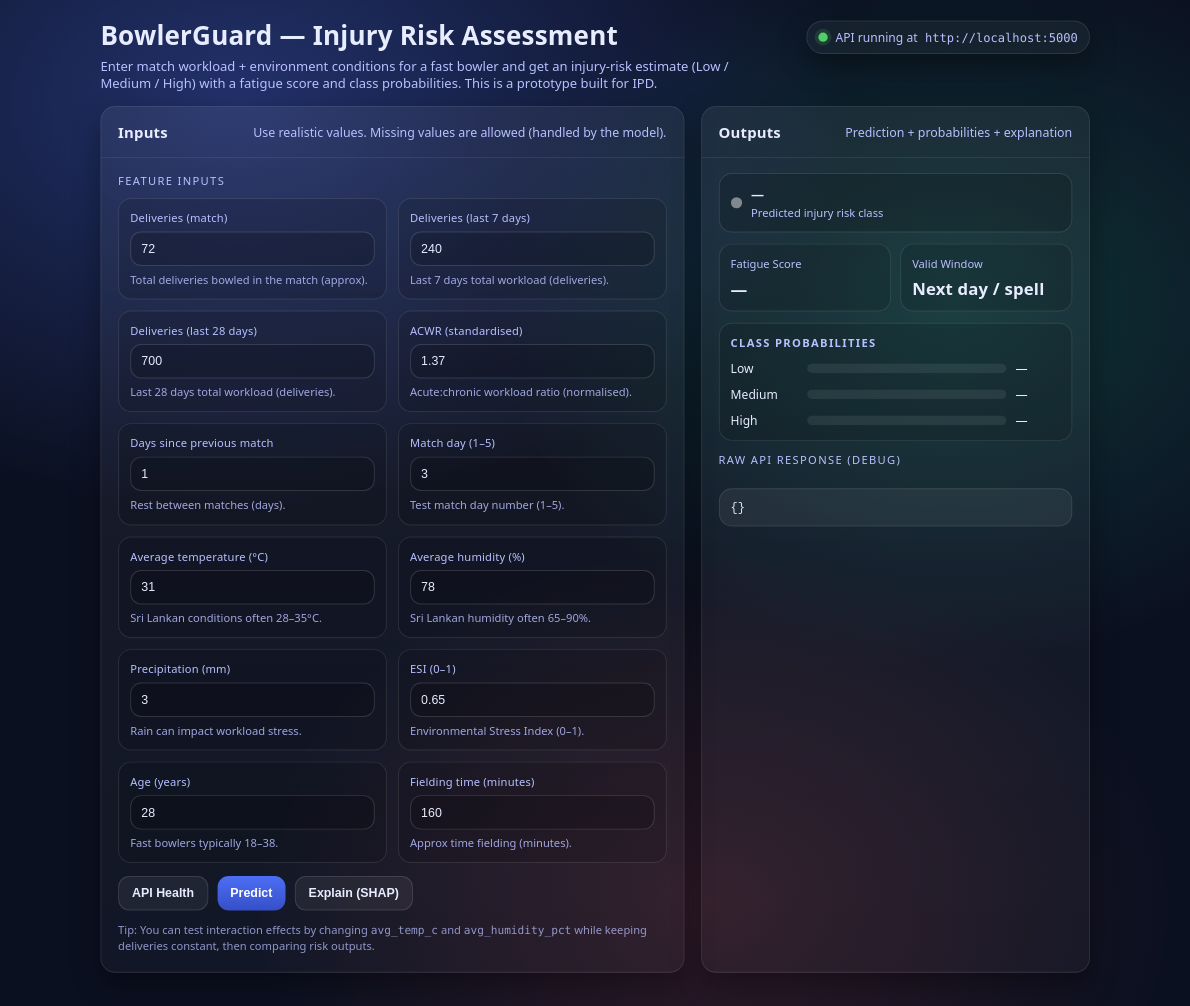
Repository: KulinduDev/bowlerguard_final
Page: bowlerguard/frontend/index.html
The author's editor kept a copy of each file at every save. The page is drawn from the files as they stood at one save, then again after the next save.
The browser window is 1280 px wide. The pictures show the whole page, at 93% of full size.

Above is the page before, as saved 2026-02-22 20:49:25.

### bowlerguard/frontend/index.html
<!doctype html>
<html>
<head>
  <meta charset="utf-8"/>
  <meta name="viewport" content="width=device-width, initial-scale=1"/>
  <title>BowlerGuard</title>

  <style>
    :root{
      --bg:#0b1020;
      --card:#111a33;
      --card2:#0f1730;
      --text:#e8ecff;
      --muted:#b8c0ff;
      --line:rgba(255,255,255,.10);
      --shadow: 0 12px 30px rgba(0,0,0,.35);
      --radius:16px;

      --low:#20c997;
      --med:#f59f00;
      --high:#fa5252;
      --btn:#4c6ef5;
      --btn2:#364fc7;
    }

    *{ box-sizing:border-box; }
    body{
      margin:0;
      font-family: ui-sans-serif, system-ui, -apple-system, Segoe UI, Roboto, Helvetica, Arial;
      background: radial-gradient(1200px 800px at 20% 10%, rgba(76,110,245,.35), transparent 55%),
                  radial-gradient(900px 700px at 80% 30%, rgba(32,201,151,.20), transparent 55%),
                  radial-gradient(900px 700px at 60% 90%, rgba(250,82,82,.15), transparent 55%),
                  var(--bg);
      color:var(--text);
      min-height:100vh;
    }

    .wrap{
      max-width:1100px;
      margin:0 auto;
      padding:22px 18px 36px;
    }

    .header{
      display:flex;
      align-items:flex-start;
      justify-content:space-between;
      gap:16px;
      margin-bottom:14px;
    }

    .brand h1{
      margin:0;
      font-size:28px;
      line-height:1.1;
      letter-spacing:.2px;
    }
    .brand p{
      margin:8px 0 0;
      color:var(--muted);
      font-size:14px;
      line-height:1.4;
      max-width: 720px;
    }

    .pill{
      display:inline-flex;
      align-items:center;
      gap:8px;
      padding:8px 12px;
      border:1px solid var(--line);
      border-radius:999px;
      background:rgba(255,255,255,.04);
      box-shadow: var(--shadow);
      font-size:13px;
      color:var(--muted);
      white-space:nowrap;
    }
    .dot{
      width:10px;height:10px;border-radius:50%;
      background: #51cf66;
      box-shadow: 0 0 0 4px rgba(81,207,102,.15);
    }

    .grid{
      display:grid;
      grid-template-columns: 1.2fr .8fr;
      gap:18px;
      margin-top:14px;
    }
    @media (max-width: 980px){
      .grid{ grid-template-columns:1fr; }
      .pill{ display:none; }
    }

    .card{
      background: linear-gradient(180deg, rgba(255,255,255,.06), rgba(255,255,255,.03));
      border:1px solid var(--line);
      border-radius: var(--radius);
      box-shadow: var(--shadow);
      overflow:hidden;
    }
    .card-h{
      padding:16px 18px;
      border-bottom:1px solid var(--line);
      display:flex;
      align-items:center;
      justify-content:space-between;
      gap:12px;
    }
    .card-h h2{
      margin:0;
      font-size:16px;
      letter-spacing:.2px;
    }
    .card-h small{ color:var(--muted); }

    .card-b{ padding:16px 18px 18px; }

    .section-title{
      margin:0 0 10px;
      font-size:12px;
      color:var(--muted);
      text-transform:uppercase;
      letter-spacing:.12em;
    }

    /* Form layout */
    #form{
      display:grid;
      grid-template-columns: repeat(2, minmax(0, 1fr));
      gap:12px;
    }
    @media (max-width: 720px){
      #form{ grid-template-columns:1fr; }
    }

    .row{
      padding:12px;
      border-radius:14px;
      border:1px solid rgba(255,255,255,.10);
      background: rgba(0,0,0,.12);
    }

    label{
      display:block;
      width:auto;
      font-size:12px;
      color:var(--muted);
      margin:0 0 6px;
      letter-spacing:.2px;
    }

    input{
      width:100%;
      padding:10px 11px;
      border-radius:12px;
      border:1px solid rgba(255,255,255,.14);
      background: rgba(0,0,0,.15);
      color:var(--text);
      outline:none;
    }
    input:focus{
      border-color: rgba(76,110,245,.75);
      box-shadow: 0 0 0 4px rgba(76,110,245,.18);
    }

    .hint{
      margin-top:7px;
      font-size:12px;
      color:rgba(184,192,255,.85);
      line-height:1.35;
    }

    .actions{
      display:flex;
      gap:10px;
      flex-wrap:wrap;
      margin-top:14px;
    }

    button{
      border:0;
      border-radius:12px;
      padding:10px 14px;
      font-weight:700;
      cursor:pointer;
      transition:.15s ease;
    }
    .btn-primary{
      background: linear-gradient(180deg, var(--btn), var(--btn2));
      color:white;
    }
    .btn-primary:hover{ transform: translateY(-1px); filter:brightness(1.05); }
    .btn-ghost{
      background: rgba(255,255,255,.06);
      color:var(--text);
      border:1px solid rgba(255,255,255,.12);
    }
    .btn-ghost:hover{ filter:brightness(1.08); }

    /* Results */
    .results{
      display:flex;
      flex-direction:column;
      gap:12px;
    }
    .risk-badge{
      display:flex;
      align-items:center;
      gap:10px;
      padding:12px;
      border-radius:14px;
      border:1px solid rgba(255,255,255,.12);
      background: rgba(0,0,0,.16);
    }
    .badge-dot{
      width:12px;height:12px;border-radius:50%;
      background: rgba(255,255,255,.45);
    }
    .risk-badge.low  .badge-dot{ background: var(--low);  box-shadow:0 0 0 5px rgba(32,201,151,.16); }
    .risk-badge.med  .badge-dot{ background: var(--med);  box-shadow:0 0 0 5px rgba(245,159,0,.16); }
    .risk-badge.high .badge-dot{ background: var(--high); box-shadow:0 0 0 5px rgba(250,82,82,.16); }

    .risk-title{ font-size:14px; font-weight:800; margin:0; }
    .risk-sub{ font-size:12px; color:var(--muted); margin:2px 0 0; }

    .kpi{
      display:grid;
      grid-template-columns: 1fr 1fr;
      gap:10px;
    }
    .kpi .box{
      padding:12px;
      border-radius:14px;
      border:1px solid rgba(255,255,255,.10);
      background: rgba(0,0,0,.12);
    }
    .kpi .k{ font-size:12px; color:var(--muted); margin-bottom:6px; }
    .kpi .v{ font-size:18px; font-weight:900; letter-spacing:.2px; }

    .prob{
      border:1px solid rgba(255,255,255,.10);
      background: rgba(0,0,0,.12);
      border-radius:14px;
      padding:12px;
    }
    .prob h3{
      margin:0 0 10px;
      font-size:12px;
      color:var(--muted);
      text-transform:uppercase;
      letter-spacing:.12em;
    }
    .bar{
      display:grid;
      grid-template-columns: 72px 1fr 48px;
      gap:10px;
      align-items:center;
      margin-bottom:10px;
      font-size:13px;
    }
    .bar:last-child{ margin-bottom:0; }
    .track{
      height:10px;
      border-radius:999px;
      background: rgba(255,255,255,.08);
      overflow:hidden;
    }
    .fill{
      height:100%;
      border-radius:999px;
      width:0%;
      background: var(--btn);
    }
    .mono{
      font-family: ui-monospace, SFMono-Regular, Menlo, Monaco, Consolas, "Liberation Mono", "Courier New", monospace;
    }

    pre{
      margin:0;
      background: rgba(255,255,255,.06);
      border:1px solid rgba(255,255,255,.10);
      padding:12px;
      border-radius:14px;
      overflow:auto;
      color: rgba(232,236,255,.95);
    }

    .note{
      color:rgba(184,192,255,.75);
      font-size:12px;
      line-height:1.5;
      margin-top:12px;
    }
  </style>
</head>

<body>
  <div class="wrap">

    <div class="header">
      <div class="brand">
        <h1>BowlerGuard — Injury Risk Assessment</h1>
        <p>
          Enter match workload + environment conditions for a fast bowler and get an injury-risk estimate
          (Low / Medium / High) with a fatigue score and class probabilities. This is a prototype built for IPD.
        </p>
      </div>

      <div class="pill">
        <span class="dot"></span>
        API running at <span class="mono">http://localhost:5000</span>
      </div>
    </div>

    <div class="grid">

      <!-- INPUTS -->
      <div class="card">
        <div class="card-h">
          <h2>Inputs</h2>
          <small>Use realistic values. Missing values are allowed (handled by the model).</small>
        </div>
        <div class="card-b">
          <p class="section-title">Feature Inputs</p>
          <div id="form"></div>

          <div class="actions">
            <button class="btn-ghost" onclick="health()">API Health</button>
            <button class="btn-primary" onclick="predict()">Predict</button>
            <button class="btn-ghost" onclick="explain()">Explain (SHAP)</button>
          </div>

          <div class="note">
            Tip: You can test interaction effects by changing <span class="mono">avg_temp_c</span> and
            <span class="mono">avg_humidity_pct</span> while keeping deliveries constant, then comparing risk outputs.
          </div>
        </div>
      </div>

      <!-- OUTPUTS -->
      <div class="card">
        <div class="card-h">
          <h2>Outputs</h2>
          <small>Prediction + probabilities + explanation</small>
        </div>

        <div class="card-b">
          <div class="results">

            <!-- Nice summary -->
            <div class="risk-badge" id="riskBadge">
              <div class="badge-dot"></div>
              <div>
                <p class="risk-title" id="riskLabelText">—</p>
                <p class="risk-sub">Predicted injury risk class</p>
              </div>
            </div>

            <div class="kpi">
              <div class="box">
                <div class="k">Fatigue Score</div>
                <div class="v" id="fatigueText">—</div>
              </div>
              <div class="box">
                <div class="k">Valid Window</div>
                <div class="v">Next day / spell</div>
              </div>
            </div>

            <div class="prob">
              <h3>Class Probabilities</h3>

              <div class="bar">
                <div>Low</div>
                <div class="track"><div class="fill" id="pLow"></div></div>
                <div id="pLowTxt">—</div>
              </div>

              <div class="bar">
                <div>Medium</div>
                <div class="track"><div class="fill" id="pMed"></div></div>
                <div id="pMedTxt">—</div>
              </div>

              <div class="bar">
                <div>High</div>
                <div class="track"><div class="fill" id="pHigh"></div></div>
                <div id="pHighTxt">—</div>
              </div>
            </div>

            <!-- Raw JSON output kept for safety -->
            <p class="section-title">Raw API Response (debug)</p>
            <pre id="out">{}</pre>

          </div>
        </div>
      </div>

    </div>
  </div>


<script>
const API = "http://localhost:5000";

const featureCols = [
 "deliveries_match","deliveries_7d","deliveries_28d","acwr_std","days_since_prev",
 "match_day","avg_temp_c","avg_humidity_pct","precip_mm","esi_norm",
 "age_years","inferred_fielding_time_minutes"
];

const defaults = {
 "deliveries_match": 72,
 "deliveries_7d": 240,
 "deliveries_28d": 700,
 "acwr_std": 1.37,
 "days_since_prev": 1,
 "match_day": 3,
 "avg_temp_c": 31,
 "avg_humidity_pct": 78,
 "precip_mm": 3,
 "esi_norm": 0.65,
 "age_years": 28,
 "inferred_fielding_time_minutes": 160
};

// Optional friendly labels + hints (does NOT affect payload)
const pretty = {
  deliveries_match: "Deliveries (match)",
  deliveries_7d: "Deliveries (last 7 days)",
  deliveries_28d: "Deliveries (last 28 days)",
  acwr_std: "ACWR (standardised)",
  days_since_prev: "Days since previous match",
  match_day: "Match day (1–5)",
  avg_temp_c: "Average temperature (°C)",
  avg_humidity_pct: "Average humidity (%)",
  precip_mm: "Precipitation (mm)",
  esi_norm: "ESI (0–1)",
  age_years: "Age (years)",
  inferred_fielding_time_minutes: "Fielding time (minutes)"
};

const hints = {
  deliveries_match: "Total deliveries bowled in the match (approx).",
  deliveries_7d: "Last 7 days total workload (deliveries).",
  deliveries_28d: "Last 28 days total workload (deliveries).",
  acwr_std: "Acute:chronic workload ratio (normalised).",
  days_since_prev: "Rest between matches (days).",
  match_day: "Test match day number (1–5).",
  avg_temp_c: "Sri Lankan conditions often 28–35°C.",
  avg_humidity_pct: "Sri Lankan humidity often 65–90%.",
  precip_mm: "Rain can impact workload stress.",
  esi_norm: "Environmental Stress Index (0–1).",
  age_years: "Fast bowlers typically 18–38.",
  inferred_fielding_time_minutes: "Approx time fielding (minutes)."
};

const container = document.getElementById("form");
featureCols.forEach(c => {
  const div = document.createElement("div");
  div.className = "row";
  div.innerHTML = `
    <label for="${c}">${pretty[c] ?? c}</label>
    <input id="${c}" value="${defaults[c] ?? 0}" inputmode="decimal">
    <div class="hint">${hints[c] ?? ""}</div>
  `;
  container.appendChild(div);
});

function buildPayload(){
  const payload = {};
  featureCols.forEach(c => payload[c] = Number(document.getElementById(c).value));
  return payload;
}

function show(obj){
  document.getElementById("out").textContent = JSON.stringify(obj, null, 2);
}

function renderPrettyOutputs(obj){
  // Always show raw
  show(obj);

  // If API returned error
  if (obj && obj.error){
    document.getElementById("riskLabelText").innerText = "Error";
    document.getElementById("fatigueText").innerText = "—";
    document.getElementById("pLowTxt").innerText = "—";
    document.getElementById("pMedTxt").innerText = "—";
    document.getElementById("pHighTxt").innerText = "—";
    document.getElementById("pLow").style.width = "0%";
    document.getElementById("pMed").style.width = "0%";
    document.getElementById("pHigh").style.width = "0%";
    document.getElementById("riskBadge").classList.remove("low","med","high");
    return;
  }

  // Predicted label
  const label = (obj.predicted_label || "—");
  document.getElementById("riskLabelText").innerText = label;

  // Badge color
  const badge = document.getElementById("riskBadge");
  badge.classList.remove("low","med","high");
  if (label.toLowerCase() === "low") badge.classList.add("low");
  if (label.toLowerCase() === "medium") badge.classList.add("med");
  if (label.toLowerCase() === "high") badge.classList.add("high");

  // Fatigue score
  if (obj.fatigue_score !== undefined && obj.fatigue_score !== null){
    const f = Number(obj.fatigue_score);
    document.getElementById("fatigueText").innerText = isFinite(f) ? f.toFixed(1) : "—";
  } else {
    document.getElementById("fatigueText").innerText = "—";
  }

  // Probabilities
  const probs = obj.probabilities || {};
  const pLow = (probs.Low ?? 0) * 100;
  const pMed = (probs.Medium ?? 0) * 100;
  const pHigh = (probs.High ?? 0) * 100;

  document.getElementById("pLow").style.width = pLow.toFixed(0) + "%";
  document.getElementById("pMed").style.width = pMed.toFixed(0) + "%";
  document.getElementById("pHigh").style.width = pHigh.toFixed(0) + "%";

  document.getElementById("pLowTxt").innerText = pLow.toFixed(0) + "%";
  document.getElementById("pMedTxt").innerText = pMed.toFixed(0) + "%";
  document.getElementById("pHighTxt").innerText = pHigh.toFixed(0) + "%";
}

async function health(){
  const r = await fetch(API + "/health");
  renderPrettyOutputs(await r.json());
}

async function predict(){
  const payload = buildPayload();
  const r = await fetch(API + "/predict", {
    method:"POST",
    headers:{"Content-Type":"application/json"},
    body: JSON.stringify(payload)
  });
  renderPrettyOutputs(await r.json());
}

async function explain(){
  const payload = buildPayload();
  const r = await fetch(API + "/explain", {
    method:"POST",
    headers:{"Content-Type":"application/json"},
    body: JSON.stringify(payload)
  });
  // Still show raw response, but keep last prediction visuals.
  show(await r.json());
}
</script>
</body>
</html>

After the next save:
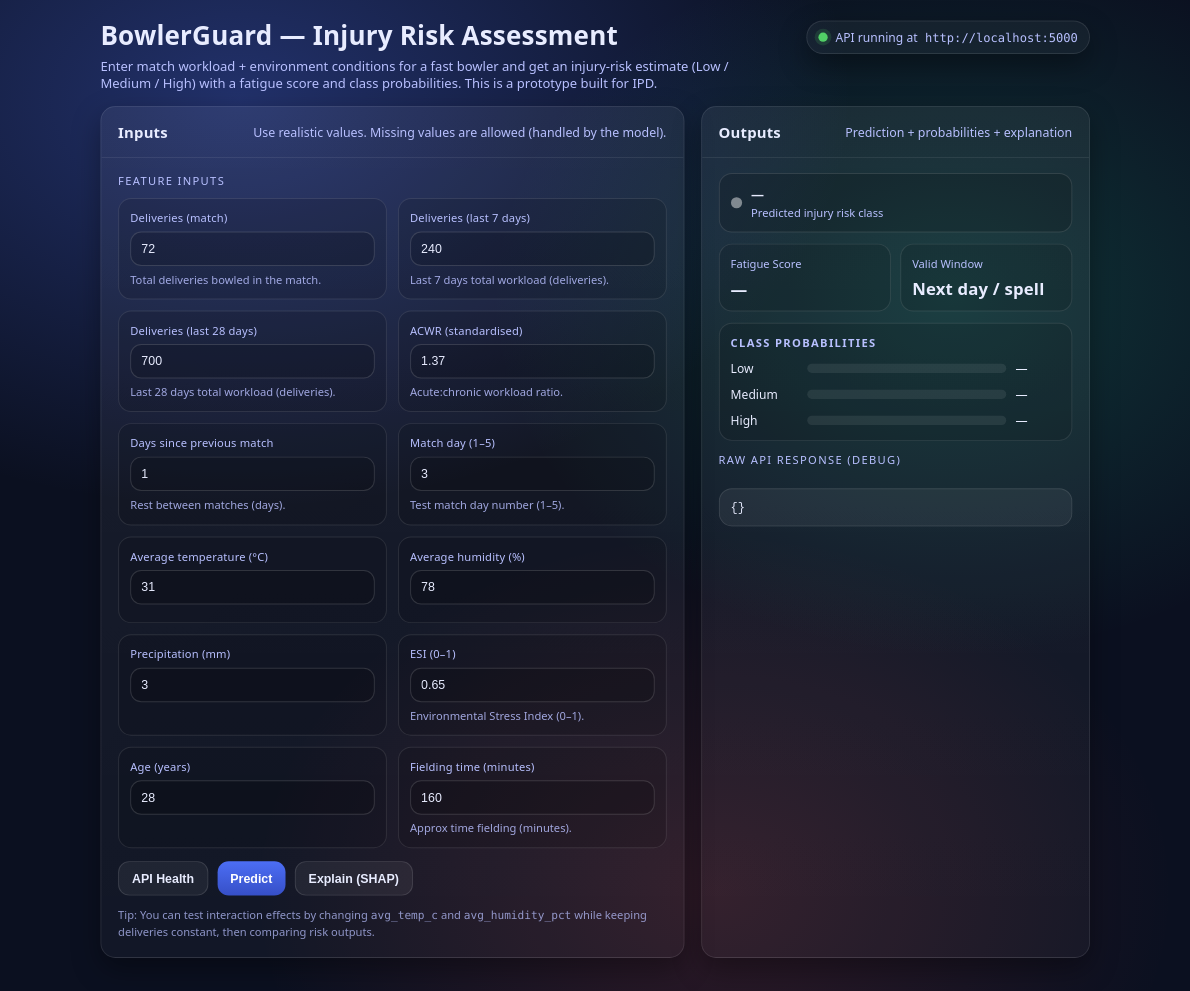
Saved 12 h 4 min later.
--- a/bowlerguard/frontend/index.html
+++ b/bowlerguard/frontend/index.html
@@ -125,7 +125,7 @@
       letter-spacing:.12em;
     }
 
-    /* Form layout */
+
     #form{
       display:grid;
       grid-template-columns: repeat(2, minmax(0, 1fr));
@@ -199,7 +199,7 @@
     }
     .btn-ghost:hover{ filter:brightness(1.08); }
 
-    /* Results */
+
     .results{
       display:flex;
       flex-direction:column;
@@ -316,7 +316,7 @@
 
     <div class="grid">
 
-      <!-- INPUTS -->
+
       <div class="card">
         <div class="card-h">
           <h2>Inputs</h2>
@@ -427,7 +427,7 @@ const defaults = {
  "inferred_fielding_time_minutes": 160
 };
 
-// Optional friendly labels + hints (does NOT affect payload)
+
 const pretty = {
   deliveries_match: "Deliveries (match)",
   deliveries_7d: "Deliveries (last 7 days)",
@@ -444,17 +444,13 @@ const pretty = {
 };
 
 const hints = {
-  deliveries_match: "Total deliveries bowled in the match (approx).",
+  deliveries_match: "Total deliveries bowled in the match.",
   deliveries_7d: "Last 7 days total workload (deliveries).",
   deliveries_28d: "Last 28 days total workload (deliveries).",
-  acwr_std: "Acute:chronic workload ratio (normalised).",
+  acwr_std: "Acute:chronic workload ratio.",
   days_since_prev: "Rest between matches (days).",
   match_day: "Test match day number (1–5).",
-  avg_temp_c: "Sri Lankan conditions often 28–35°C.",
-  avg_humidity_pct: "Sri Lankan humidity often 65–90%.",
-  precip_mm: "Rain can impact workload stress.",
   esi_norm: "Environmental Stress Index (0–1).",
-  age_years: "Fast bowlers typically 18–38.",
   inferred_fielding_time_minutes: "Approx time fielding (minutes)."
 };
 
